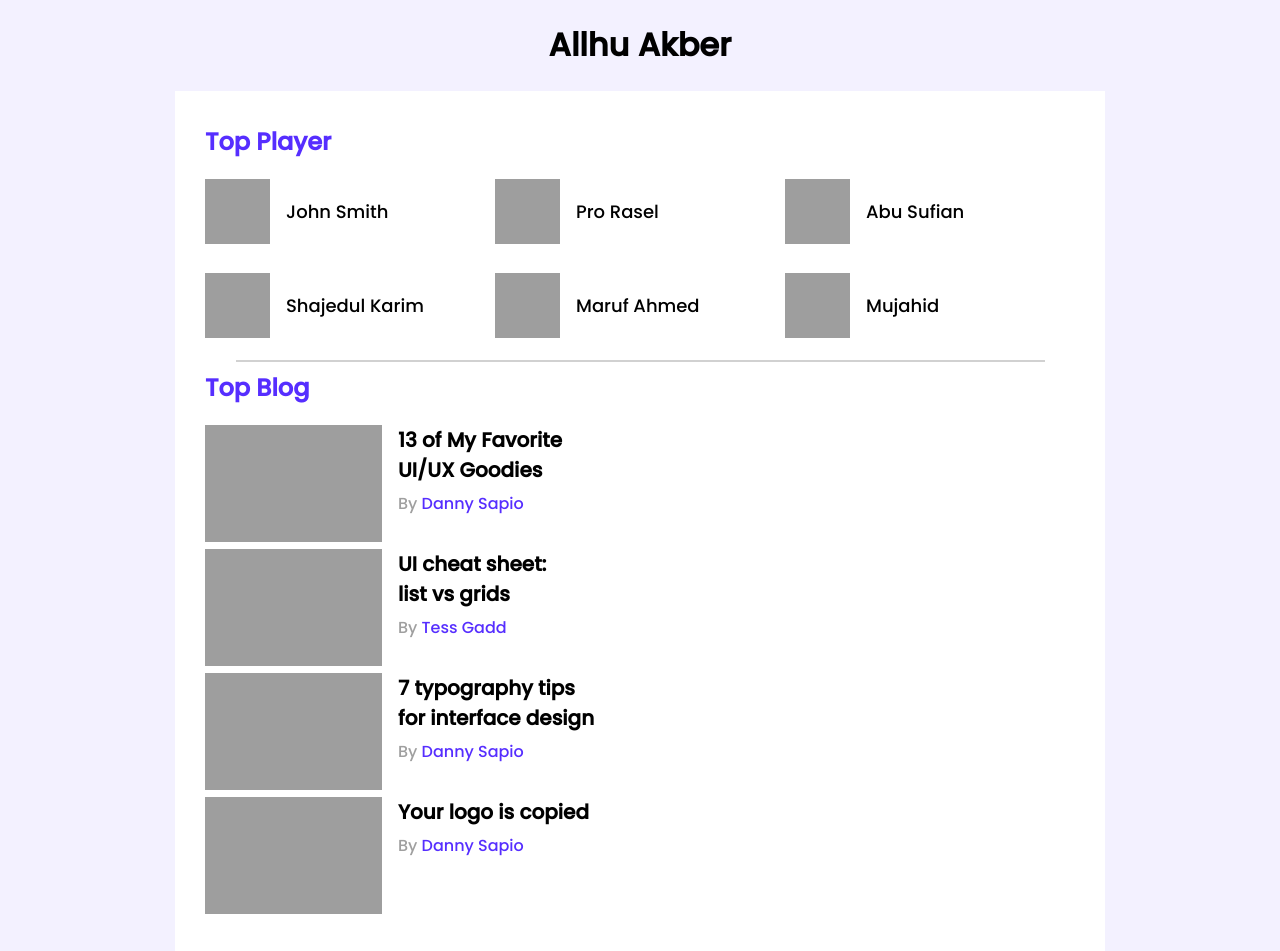
Repository: zjria/leader-board
Page: index.html
The author's editor kept a copy of each file at every save. The page is drawn from the files as they stood at one save, then again after the next save.
The browser window is 1280 px wide. The pictures show the whole page.
Pictures or frames that could not be fetched are drawn as grey boxes.

Above is the page before, as saved 2022-09-04 08:38:35.

### index.html
<!DOCTYPE html>
<html lang="en">

<head>
    <meta charset="UTF-8">
    <meta http-equiv="X-UA-Compatible" content="IE=edge">
    <meta name="viewport" content="width=device-width, initial-scale=1.0">
    <title>leader-board</title>
    <!-- Custom CSS -->
    <link rel="stylesheet" href="/style/style.css">
</head>

<body>
    <h1>Allhu Akber</h1>
    <!-- Header Section -->
    <header>

    </header>
    <!-- Main Section -->
    <main>
        <section class="container">
            <div class="top-players">
                <h2 class="section-title">Top Player</h2>
                <div class="players">
                    <div class="player">
                        <img src="images/players/player-1.png" alt="">
                        <h3 class="name-title">John Smith</h3>
                    </div>
                    <div class="player">
                        <img src="images/players/player-2.png" alt="">
                        <h3 class="name-title">Pro Rasel</h3>
                    </div>
                    <div class="player">
                        <img src="images/players/player-3.png" alt="">
                        <h3 class="name-title">Abu Sufian</h3>
                    </div>
                    <div class="player">
                        <img src="images/players/player-4.png" alt="">
                        <h3 class="name-title">Shajedul Karim</h3>
                    </div>
                    <div class="player">
                        <img src="images/players/player-5.png" alt="">
                        <h3 class="name-title">Maruf Ahmed</h3>
                    </div>
                    <div class="player">
                        <img src="images/players/player-6.png" alt="">
                        <h3 class="name-title">Mujahid</h3>
                    </div>
                </div>
            </div>
            <hr class="horigantal-line">

            <!-- Blog information -->
            <div class="blog-information">
                <h2 class="section-title">Top Blog</h2>
                <article class="blogs">
                    <div class="blog-thimble">
                        <img src="images/blogs/blog-1.png" alt="">
                    </div>
                    <div class="blog-contain">
                        <h2>13 of My Favorite <br> UI/UX Goodies</h2>
                        <p class="blog-auther">By <a href="">Danny Sapio</a></p>
                    </div>
                </article>
                <article class="blogs">
                    <div class="blog-thimble">
                        <img src="images/blogs/blog-2.png" alt="">
                    </div>
                    <div class="blog-contain">
                        <h2>UI cheat sheet: <br>
                            list vs grids</h2>
                        <p class="blog-auther">By <a href="">Tess Gadd</a></p>
                    </div>
                </article>
                <article class="blogs">
                    <div class="blog-thimble">
                        <img src="images/blogs/blog-3.png" alt="">
                    </div>
                    <div class="blog-contain">
                        <h2>7 typography tips <br>
                            for interface design</h2>
                        <p class="blog-auther">By <a href="">Danny Sapio</a></p>
                    </div>
                </article>
                <article class="blogs">
                    <div class="blog-thimble">
                        <img src="images/blogs/blog-4.png" alt="">
                    </div>
                    <div class="blog-contain">
                        <h2>Your logo is
                            copied</h2>
                        <p class="blog-auther">By <a href="">Danny Sapio</a></p>
                    </div>
                </article>
            </div>

        </section>
    </main>
</body>

</html>

### style/style.css
/* Google Fonts */
@import url('https://fonts.googleapis.com/css2?family=Poppins:wght@500&family=Roboto:wght@100;300;400;500;700;900&display=swap');

h1 {
    display: flex;
    justify-content: center;
}

/* Commant CSS Utilitis */
body {
    border: 0px;
    margin: 0px;
    font-family: 'Poppins', sans-serif;
    /* font-family: 'Roboto', sans-serif; */
    background-color: #F3F1FF;
}

/* Top Players Section */
main {
    display: flex;
    justify-content: center;
}

.section-title {
    color: #562EFF;
    font-size: 24px;
}

.container {
    background-color: #FFFFFF;
    width: 870px;
    padding: 30px;
}

.top-players {
    /* padding: 30px; */
    margin-bottom: 22px;
}

h2.section-title {
    margin-top: 3px;
}

.players {
    display: grid;
    grid-template-columns: repeat(3, 1fr);
    grid-row-gap: 29px;
}

.player {
    display: flex;
    align-items: center;
}

.player img {
    width: 65px;
    height: 65px;
}

.name-title {
    margin-left: 16px;
    font-size: 18px;
    font-weight: normal;
}

.horigantal-line {
    border: 1px solid #D1D1D1;
    width: 807px;
}

/* blogs details information */
.blogs {
    display: flex;
}

.blogs .blog-thimble img {
    width: 177px;
    height: 117px;
    margin-right: 16px;
}

.blog-contain h2 {
    font-size: 20px;
    margin: 0;
}

.blog-contain .blog-auther {
    color: #9F9F9F;
    font-size: 16px;
}

.blog-contain .blog-auther a {
    color: #562EFF;
    font-size: 16px;
    text-decoration: none;
}

.blog-contain p {
    margin-top: 6px;
}

After the next save:
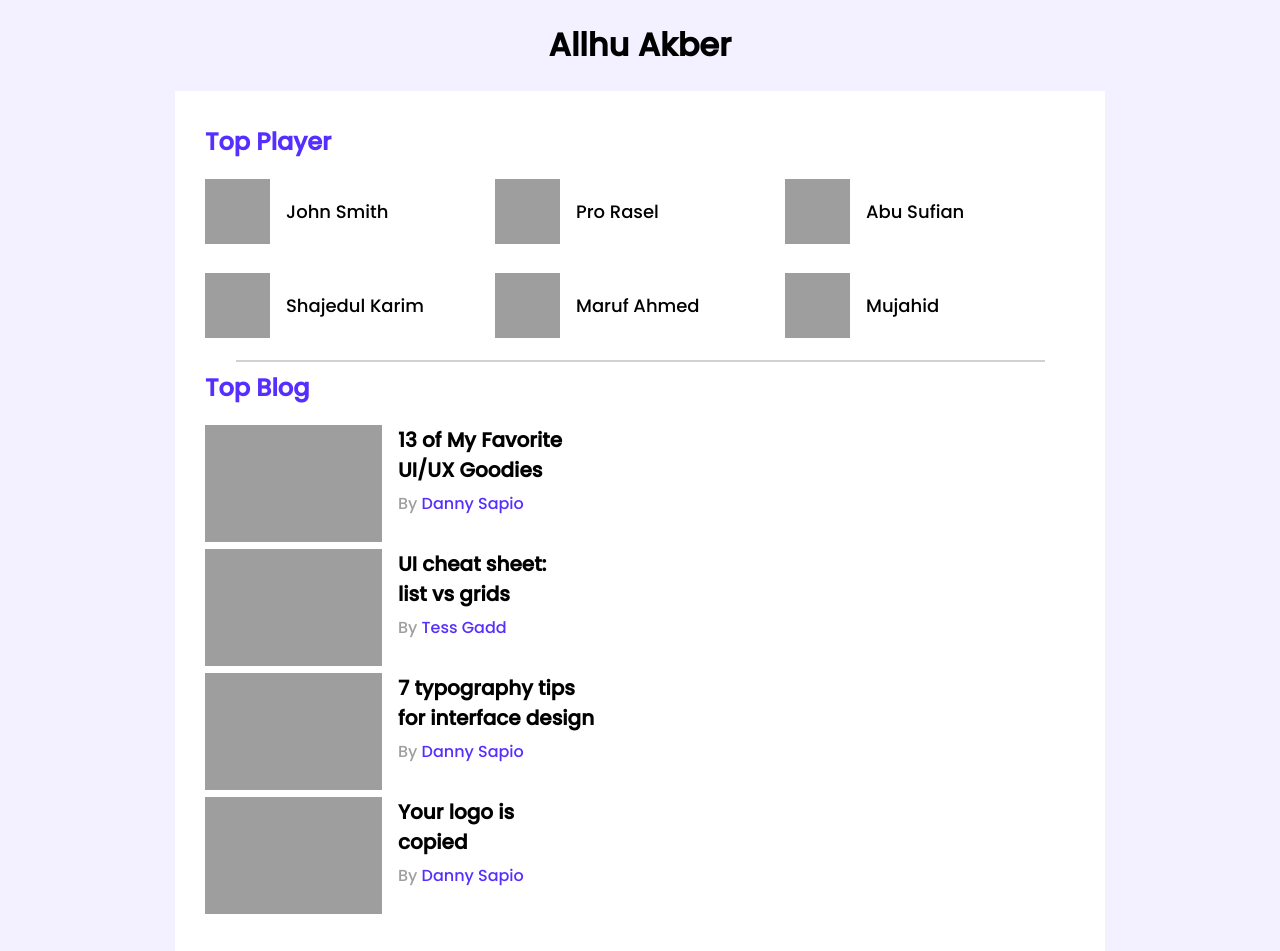
Saved 9 s later.
--- a/index.html
+++ b/index.html
@@ -87,7 +87,7 @@
                         <img src="images/blogs/blog-4.png" alt="">
                     </div>
                     <div class="blog-contain">
-                        <h2>Your logo is
+                        <h2>Your logo is <br>
                             copied</h2>
                         <p class="blog-auther">By <a href="">Danny Sapio</a></p>
                     </div>
